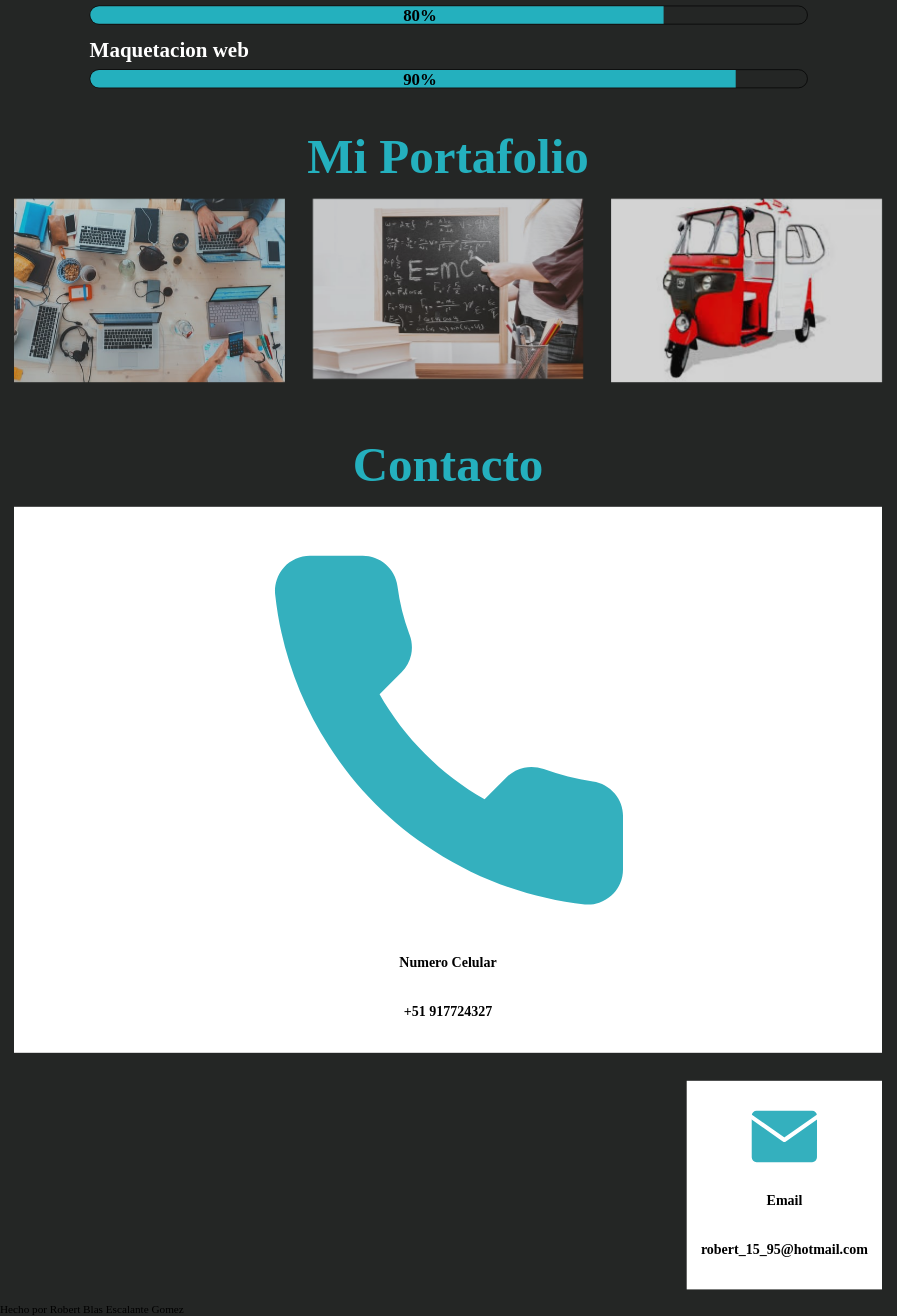
Repository: RobertAries28/PortafolioRobertEscalanteGomez2022
Page: index.html
An editor plug-in stored every save of this project. The page is shown before and after the next save, followed by the edit.
The browser window is 1280 px wide. The page is 1282 px wide, so the pictures cover 1282 px, including what lies to the right of the window. The pictures show the part of the page from y = 2000 to 3880 px (the page is 3880 px tall before and 3350 px after), at 70% of full size.

Above is the page before, as saved 2022-02-15 20:32:07.

### index.html
<!DOCTYPE html>
<html lang="en">
<head>
    <meta charset="UTF-8">
    <meta http-equiv="X-UA-Compatible" content="IE=edge">
    <meta name="viewport" content="width=device-width, initial-scale=1.0">
    <link rel="preconnect" href="https://fonts.googleapis.com">
<link rel="preconnect" href="https://fonts.gstatic.com" crossorigin>
<link href="https://fonts.googleapis.com/css2?family=Montserrat:wght@100&display=swap" rel="stylesheet">
    <link rel="stylesheet" href="estilos.css">
    <title>Document</title>
</head>
<body>
    <header class="main-header">
        <div class="l-container">

        <div class="main-menu-toggle" id="main-menu-toggle"></div>
             <nav class="main-nav" id="main-nav">
                 <ul class="main-menu">
                       <li class="main-menu__item">
                           <a class="main-menu__link" href="#">
                              Home
                           </a>
                       </li>

                       <li class="main-menu__item">
                         <a class="main-menu__link" href="#servicios">
                           Servicios
                         </a>
                       </li>

                       <li class="main-menu__item">
                        <a class="main-menu__link" href="#acercaMi">
                          Acerca de Mí
                        </a>
                       </li>


                     <li class="main-menu__item">
                         <a class="main-menu__link" href="#habilidades">
                           Mis Habilidades
                         </a>
                     </li>

                     <li class="main-menu__item">
                        <a class="main-menu__link" href="#portafolio">
                         Mi Portafolio
                        </a>
                    </li>

                    <li class="main-menu__item">
                        <a class="main-menu__link" href="#">
                         Contacto
                        </a>
                    </li>


                 </ul>
             </nav>


        </div>
     </header>
     <main>
        <div class="main-nombre">
              <h2>Soy</h2><hr color="white"/>
              <h1>Robert</h1>
              <p class="parrafo">Desarrollador <br> Frontend</p>
        </div>

        <div class="main-imagen">
              <img src="imagenes/fotoPerfil.jpeg" alt="">
        </div>

        <div class="main-experiencia">
               <p><span>1 año</span><br>experiencia</p>
               <div>
                 <img src="imagenes/linkedin.svg" alt="">
                 <img src="imagenes/instagram.svg" alt="">
                 <img src="imagenes/twitter.svg" alt="">
               </div>
        </div>

        <div class="main-iconos">
          <div>
             <img src="imagenes/gmail.png" alt="">
             <img src="imagenes/amazon.png" alt="">
             <img src="imagenes/spotify.png" alt="">
            </div>
        </div>
    </main>

    <section id="acercaMi">
      <h2>Acerca de mí</h2>
      <p>Soy un Profesional Bachiller en la carrera de ingeniería de sistemas en la Universidad nacional Tecnológica de Lima Sur con capacidad para trabajar en equipo, con dinamismo y creatividad, responsable, puntual, proactivo, organizado, eficiente, valores firmes, capacidad para resolver problemas y facilidad de comunicación. Deseo obtener mas conocimientos y experiencias en empresas relacionados a mi carrera.

        Quiero obtener un puesto en la empresa, para contribuir con mi experiencia en prácticas y habilidad en el logro de las metas generales de la empresa y las responsabilidades a mi cargo, con la oportunidad de continuar desarrollándome.</p>
    </section>

    <aside id="servicios">
      <h2 class="servicios">Servicios</h2>
      <div class="diseño">
        <img src="imagenes/pincel.svg" alt="">
        <h3>UX/UI Design</h3>
        <p>Eliga su diseño que desea y tambien le damos algunas sugerencias.</p>
      </div>

      <div class="marketing">
        <img src="imagenes/marketing.svg" alt="">
        <h3>Web Administrable</h3>
        <p>Administre las secciones que desee, agregando o quitando información.</p>
      </div>

      <div class="seo">
        <img src="imagenes/lupa.svg" alt="">
        <h3>Seo</h3>
        <p>Ayudamos que tu pagina se posicione en las primeras paginas en la busqueda.</p>
      </div>
    </aside>



    <article class="habilidades" id="habilidades">
      <h3>Habilidades</h3>
      <div class="caja">
          <h4>Diseño web</h4>
          <div class="contenedor">

              <h2 class="numb">70%</h2>
              <div class="relleno">
              </div>


         </div>
      </div>

      <div class="caja">
          <h4>Seo</h4>
          <div class="contenedor">

              <h2 class="numb2">80%</h2>
              <div class="relleno relleno2">
              </div>


         </div>
      </div>

      <div class="caja">
          <h4>Maquetacion web</h4>
          <div class="contenedor">

              <h2 class="numb3">90%</h2>
              <div class="relleno relleno3">
              </div>


         </div>
      </div>

    </article>

    <article id="portafolio">
      <h2>Mi Portafolio</h2>

      <div class="portafolio">
        <div>
           <a href="https://robertaries28.github.io/Desarrollar-Paginas-Web/"><img src="imagenes/pagina-web1.jpg" alt=""></a>

        </div>

        <div>
            <a href="https://robertaries28.github.io/MatematicasMaster/"><img src="imagenes/matematicas.jpg" alt=""></a>

          </div>

        <div>
            <a href="https://robertaries28.github.io/ServicioTransporteMototaxisV.E.S/"><img src="imagenes/mototaxis.jpg" alt=""></a>

          </div>

      </div>
    </article>

    <footer id="contacto">
      <h2>Contacto</h2>

      <div class="contacto">
        <div>
            <img src="imagenes/phone.svg" alt="">
            <h3>Numero Celular</h3>
            <h4>+51 917724327</h4>
        </div>

        <div>
           <img src="imagenes/email.svg" alt="">
           <h3>Email</h3>
           <h4>robert_15_95@hotmail.com</h4>
        </div>
      </div>

      <div class="autor">
        Hecho por Robert Blas Escalante Gomez
      </div>
    </footer>




    <script src="javascript.js"></script>
</body>
</html>

### estilos.css
body{
    margin: 0;
    background: #242625;
}

.main-header{
    height: 4rem;
    background: #242635;
    position:sticky;

	top:0;

}
.l-container{
    max-width: 100%;
    padding-left: 1rem;
    padding-right: 1rem;
    display: flex;
    justify-content: space-between;
    align-items: center;

    height: 100%;
    color: white;

}
.main-menu{
    margin-top: 0;
    margin-bottom: 0;
    padding-left: 0;
    list-style: none;
    display: flex;
}

.main-menu li{
    padding: 0 20px;
}

a{
  text-decoration: none;
  color: white;
  font-family: 'Montserrat', sans-serif;
  font-size: 18px;
  font-weight: bold;
}


/*main*/

main{
    display: grid;
    grid-template-columns: 33.3% 33.3% 33.3%;
    grid-template-rows: repeat(3,auto);
    justify-items: center;
    padding-top: 30px;

}

.main-nombre{
    margin-left: 150px ;

}

.main-nombre h1{
    font-size: 150px;

    color: #24B0BE;
    margin: 0;
}

.main-nombre h2{
    font-size: 100px;
    margin: 0;

    color: white;
}

.main-nombre .parrafo{
    color: white;
    font-size: 40px;
    margin: 0;

}
.main-nombre hr{
    margin-bottom: 0;

}

.main-imagen{

    z-index: -100000;


}

.main-imagen img{

    width: 100%;
    height: 100%;
    border-radius: 50%;
    min-width: 20%;



}

.main-experiencia{
    margin-right: 50px;
}

.main-experiencia p{
    color: white;
    font-size: 45px;

}

.main-experiencia span{
    color: #24B0BE;
    padding-right: 5px;
}

.main-experiencia img{
    background: #D1CECA;
    width: 50px;

    border-radius: 50%;
    padding: 10px;
    margin: 0 15px;
}

.main-experiencia div{
    display: flex;
    justify-content: center;
}

.main-iconos{
   grid-column: 1 / span 3;
 justify-self: center;
   background: #212F3C;
  width:85%;
  position: relative;
 top: -10px;
 border-radius: 20px;
 z-index: -500;
}

.main-iconos div{
    display: flex;
  justify-content: center;
}

.main-iconos img{
    width: 10%;

  background: #D1CECA;
  padding: 0 15px;
  margin: 20px 10px;
  border-radius: 10px;
}

/*section*/
section{
 margin: 0 50px;
 padding: 0 100px;
}
section h2{
    text-align: center;
    font-size: 80px;
    margin-top: 40px ;
    margin-bottom: 20px;
    color: #24B0BE;
}

section p{
    text-align: center;
    color: white;
    font-size: 25px;
    line-height: 35px;
}

/* aside serivicios*/

aside{
    margin: 0 60px;
    display: grid;
    grid-gap: 60px;
    grid-template-columns: 1fr 1fr 1fr;
    grid-template-rows: auto auto;

    grid-template-areas: "servicios servicios servicios"
                         "diseño marketing seo";



}

aside p{
    color: #62707E;
    text-align: center;
    font-size: 20px;
}

aside h3{
    color: black;
    font-size: 25px;
}

aside .servicios{
    grid-area: servicios;
    text-align: center;
    font-size: 80px;
    color: #24B0BE;
    margin-bottom: 0;

}


aside .diseño{
    grid-area: diseño;
    background: white;
}

aside .marketing{
    grid-area: marketing;
    background: white;
}

aside .seo{
    grid-area: seo;
    background: white;
}

aside div{
    display: flex;
    flex-direction: column;
   align-items: center;
   padding: 50px;
}

/*article habilidades*/

.habilidades {
    width: 100%;

    margin: auto;
    display: flex;
    flex-direction: column;
    align-items: center;


}

.habilidades h3{
    font-size: 80px;
    color: #24B0BE;
    margin-top: 40px;
    margin-bottom: 0;
}

.habilidades h4{
    font-size: 30px;
    color: white;
    margin-top: 20px;
    margin-bottom: 10px;
}

.caja{
    width: 80%;
}

.contenedor {
    width: 100%;
    height: 25px;
    border: 1px solid black;
    align-self: center;
    border-top-left-radius: 50px;
    border-top-right-radius: 50px;
    border-bottom-left-radius: 50px;
    border-bottom-right-radius: 50px;
    margin-right: 0;
}

.relleno {
    width: 0px;
    height: 100%;
    background: #24B0BE;
    border-top-left-radius: 50px;
    border-bottom-left-radius: 50px;
    animation-name: coloreado;
    animation-delay: 0s;
    animation-duration: 3s;
    animation-timing-function: cubic-bezier(.17, .67, .83, .67);
    animation-fill-mode: forwards;
}

.relleno2{
    animation-name: coloreado2;
    animation-delay: 0s;
    animation-duration: 3s;
    animation-timing-function: cubic-bezier(.17, .67, .83, .67);
    animation-fill-mode: forwards;
}

.relleno3{
    animation-name: coloreado3;
    animation-delay: 0s;
    animation-duration: 3s;
    animation-timing-function: cubic-bezier(.17, .67, .83, .67);
    animation-fill-mode: forwards;
}

.contenedor h2 {
    position: absolute;
    left: 45%;
    margin: 0 auto;
}

.contenedor h3 {
    text-align: center;
    margin: 10px auto;
}

@keyframes coloreado {
    10% {
        width: 0%;
    }
    100% {
        width: 70%;
    }
}

@keyframes coloreado2 {
    10% {
        width: 0%;
    }
    100% {
        width: 80%;
    }
}

@keyframes coloreado3 {
    10% {
        width: 0%;
    }
    100% {
        width: 90%;
    }
}


/*article portafolio*/
 .portafolio{
     display: flex;


 }

 #portafolio h2{
  font-size: 70px;
  text-align: center;
  color: #24B0BE;
  margin-bottom: 0;
 }



 .portafolio div{
     width: 100%;
     margin: 20px;
 }

 .portafolio img{
     width: 100%;
     height: 100%;
     filter: opacity(0.8);
 }


 /*contacto*/
 #contacto{
     width: 100%;
 }
 #contacto h2{
     font-size: 70px;
     text-align: center;
     color: #24B0BE;
     margin-bottom: 0;

 }

 .contacto{
   width: 100%;
     display: flex;
     flex-direction: column;
 }

 .contacto h3{
     font-size: 20px;
 }

 .contacto h4{
     font-size: 20px;
 }

 .contacto div{

     padding: 20px;
     margin: 20px;
     background:white ;
     display: flex;
    flex-direction: column;
    align-items: center;

 }



 div:nth-child(2){
  align-self: flex-end;
 }

 .contacto img{
  width: 50%;
 }

@media screen and ( max-width: 768px){



.main-menu__item{
    padding: .5rem 0 .5rem 1rem
}

.main-menu__link{
    color: white;
    margin-left: 1rem;
}



.main-nav{
    position: fixed;
    height: calc(100vh - 4rem);
    width: 200px;
    background: black;
    top: 4rem;
    right: -200px;




}

.main-menu{
    flex-direction: column;
}

.main-menu li{
    padding: 10px 0;
}



.show{
right: 0px;
transition-duration: 1s;
transition-timing-function:ease-in-out

}

 :not(.show){
     transition-duration: 1s;
  transition-timing-function: ease-in
 }


.main-menu-toggle{
    width: 2.4rem;
    margin-left: calc(100% - 38.4px);
    height: 1.6rem;
    background: linear-gradient(white 20%, transparent 20%, transparent 40%, white 40%, white 60%, transparent 60%, transparent 80%, white 80%);
    cursor: pointer;

}

/* main*/

.main-nombre{
    margin-left: 0px;
}

.main-nombre h1{
    font-size: 30px;

    color: #24B0BE;
    margin: 0;
}

.main-nombre h2{
    font-size: 20px;
    margin: 0;

    color: white;
}

.main-nombre .parrafo{
    color: white;
    font-size: 15px;
    margin: 0;

}


.main-experiencia{
    margin-right: 10px;
}

.main-experiencia p{
    color: white;
    font-size: 15px;
    margin-top: 0;
    margin-bottom: 10px;

}



.main-experiencia img{
    background: #D1CECA;


    border-radius: 50%;
    padding: 10px;
    width: 10%;
    margin: 0 5px;
}

.main-iconos{
    border-radius: 20px;
    padding-top: 0px;
    padding-bottom: 0px;

}

.main-iconos img{
    margin-top:10px ;
    margin-bottom:10px ;
}

section h2{
 font-size: 30px;
}

section{
    padding: 0;
    margin: 0 15px;

}
section p{
    font-size: 15px;
    padding: 0;
    line-height: 25px;
}

/* aside servicios */
aside h3{
    text-align: center;
    margin-bottom: 0;
}
aside{

    grid-template-columns: 1fr 1fr 1fr;
    grid-template-rows: auto auto auto auto;
    grid-template-areas: "servicios servicios servicios"
    "diseño diseño diseño"
     "marketing marketing marketing" "seo seo seo";
}

aside .servicios{
    font-size: 30px;
}

/*article*/
    .habilidades h3{
      font-size: 30px;
    }

    .habilidades h4{
        font-size: 20px;
    }

    .habilidades h2{
        font-size: 20px;
    }

    /*article portafolio*/

    #portafolio h2{
        font-size: 30px;
    }
    .portafolio{
        flex-wrap: wrap;
    }
}

### javascript.js
 const showMenu = (toggleId, navId) =>{
               const toggle = document.getElementById(toggleId),
               nav = document.getElementById(navId)

               if(toggle && nav){
                   toggle.addEventListener('mouseover' , ()=>{
                       nav.classList.toggle('show')
                   })



               }

               if(toggle && nav){
                   toggle.addEventListener('mouseout' , ()=>{
                       nav.classList.toggle('show')
                   })



               }



           }
           showMenu('main-menu-toggle','main-nav')

           const numb = document.querySelector(".numb");
           let counter = 0;
           setInterval(() => {
               if (counter == 70) {
                   clearInterval();
               } else {
                   counter += 1;
                   numb.textContent = counter + "%";
               }
           }, 35);

After the next save:
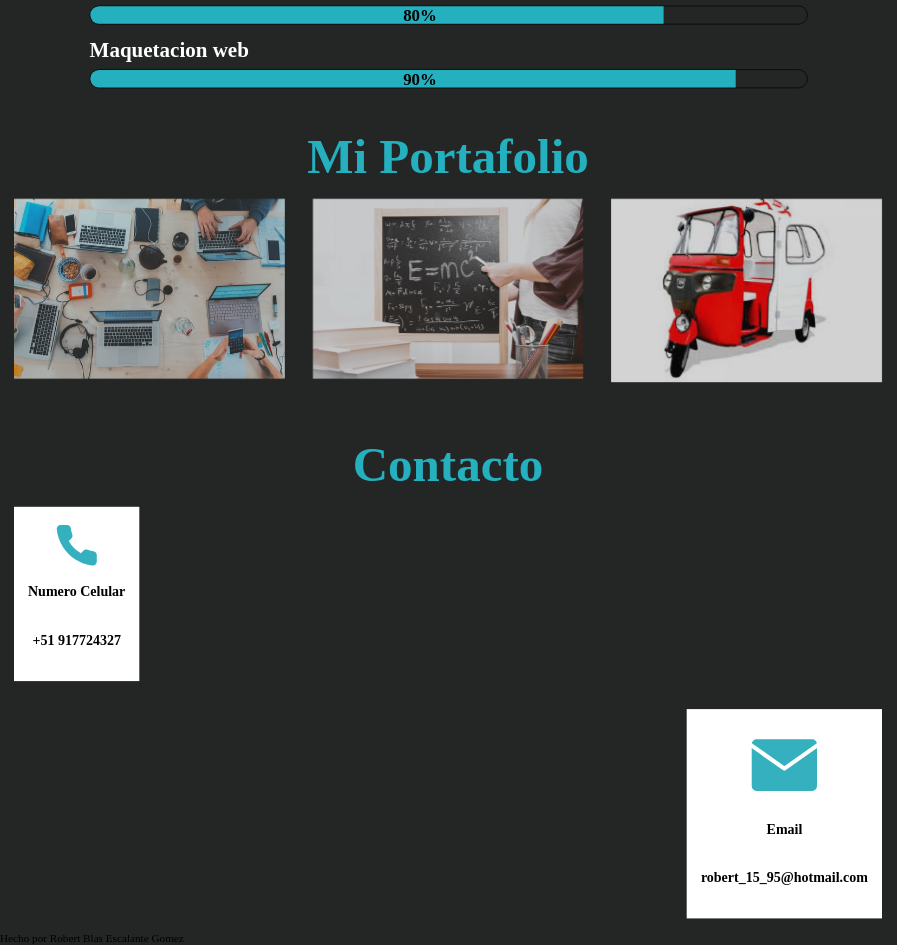
Saved 32 s later.
--- a/estilos.css
+++ b/estilos.css
@@ -412,7 +412,9 @@
 
  }
 
-
+div:nth-child(1){
+    align-self: flex-start;
+}
 
  div:nth-child(2){
   align-self: flex-end;
